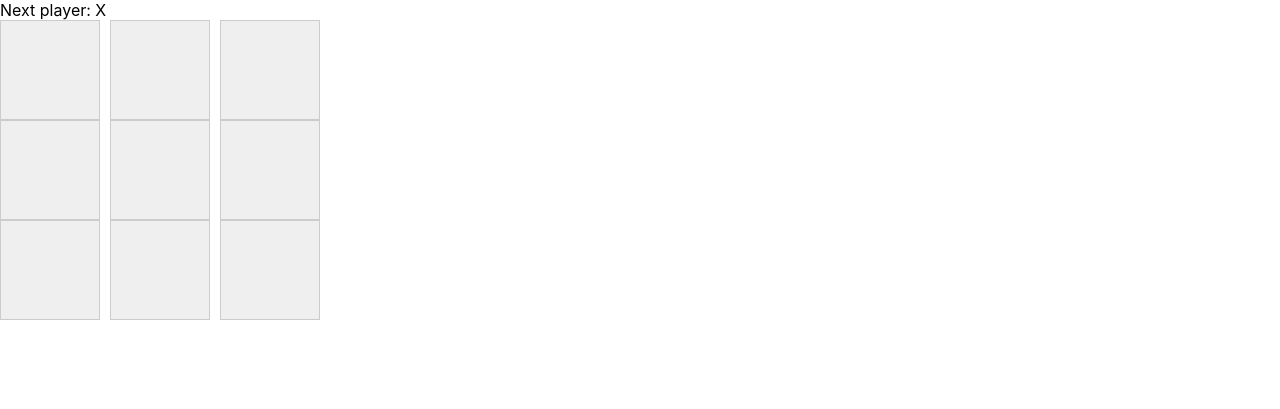
Repository: sedat-akdogan/React_Revision
Page: / (app in tic-tac-toe/)
An editor plug-in stored every save of this project. The page is shown before and after the next save, followed by the edit.
The browser window is 1280 px wide. The pictures show the whole page.
The project was rebuilt for these pictures with package versions that can differ from the ones it lists, and the page was loaded fresh each time.

Above is the page before, as saved 2023-05-13 00:35:53.

After the next save:
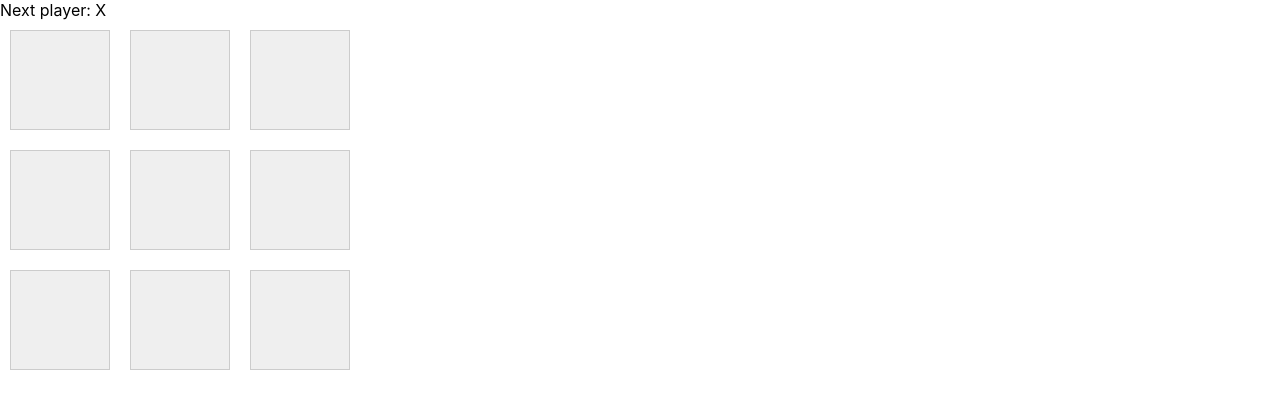
Saved 65 s later.
--- a/tic-tac-toe/src/index.css
+++ b/tic-tac-toe/src/index.css
@@ -27,7 +27,7 @@ code {
 }
 
 .board-row .square {
-    margin-right: 10px;
+    margin: 10px;
 }
 
 .board-row:last-child .square {
